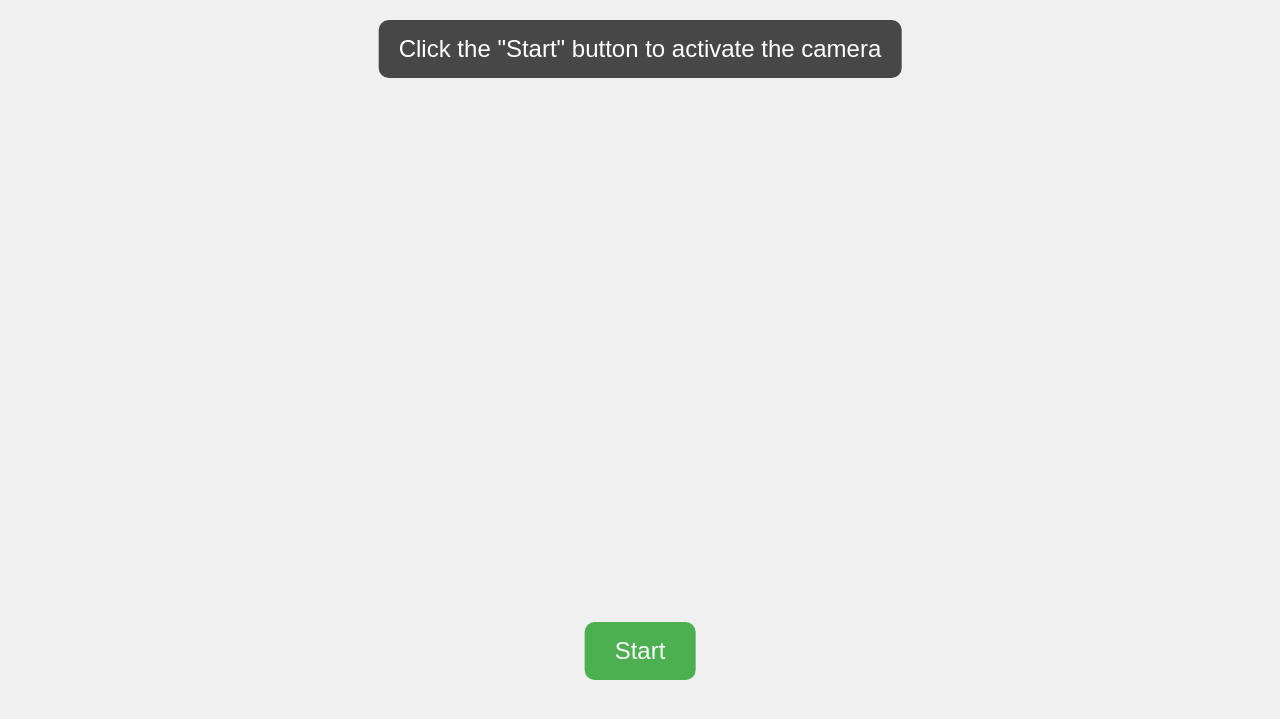
Repository: Jayhawk2000/AR_Game_DCD_Children
Page: challenge/throwing/index.html
The author's editor kept a copy of each file at every save. The page is drawn from the files as they stood at one save, then again after the next save.
The browser window is 1280 px wide. The pictures show the whole page.

Above is the page before, as saved 2024-08-29 15:20:36.

### challenge/throwing/index.html
<!DOCTYPE html>
<html lang="en">
  <head>
    <meta charset="UTF-8" />
    <meta name="viewport" content="width=device-width, initial-scale=1.0" />
    <title>Balance Pose Detector</title>
    <link rel="stylesheet" href="styles.css" />
  </head>
  <body>
    <div id="info">Click the "Start" button to activate the camera</div>
    <button id="startButton">Start</button>
    <video id="video" style="display: none"></video>
    <canvas id="output"></canvas>

    <script
      src="https://cdn.jsdelivr.net/npm/@mediapipe/camera_utils/camera_utils.js"
      crossorigin="anonymous"
    ></script>
    <script
      src="https://cdn.jsdelivr.net/npm/@mediapipe/control_utils/control_utils.js"
      crossorigin="anonymous"
    ></script>
    <script
      src="https://cdn.jsdelivr.net/npm/@mediapipe/drawing_utils/drawing_utils.js"
      crossorigin="anonymous"
    ></script>
    <script
      src="https://cdn.jsdelivr.net/npm/@mediapipe/pose/pose.js"
      crossorigin="anonymous"
    ></script>
    <script src="app.js"></script>
  </body>
</html>

### challenge/throwing/styles.css
body {
  margin: 0;
  padding: 0;
  overflow: hidden;
  font-family: Arial, sans-serif;
  background-color: #f0f0f0;
}

#info {
  position: absolute;
  top: 20px;
  left: 50%;
  transform: translateX(-50%);
  background-color: rgba(0, 0, 0, 0.7);
  color: white;
  padding: 15px 20px;
  border-radius: 10px;
  font-size: 24px;
  text-align: center;
  z-index: 10;
}

#startButton {
  position: absolute;
  bottom: 40px;
  left: 50%;
  transform: translateX(-50%);
  padding: 15px 30px;
  font-size: 24px;
  cursor: pointer;
  background-color: #4caf50;
  color: white;
  border: none;
  border-radius: 10px;
  z-index: 10;
}

#output {
  position: absolute;
  top: 0;
  left: 0;
  width: 100%;
  height: 100%;
}

#detectionZone {
  position: absolute;
  top: 50%;
  left: 50%;
  transform: translate(-50%, -50%);
  width: 60%;
  height: 80%;
  border: 4px dashed rgba(255, 255, 255, 0.8);
  display: none;
  z-index: 5;
}

#overlay {
  position: absolute;
  top: 0;
  left: 0;
  width: 100%;
  height: 100%;
  background-color: rgba(0, 0, 0, 0.5);
  display: none;
  z-index: 4;
}

#overlay::after {
  content: "";
  position: absolute;
  top: 50%;
  left: 50%;
  transform: translate(-50%, -50%);
  width: 60%;
  height: 80%;
  background-color: transparent;
}

### challenge/throwing/app.js
const startButton = document.getElementById("startButton");
const info = document.getElementById("info");
const video = document.getElementById("video");
const canvasElement = document.getElementById("output");
const canvasCtx = canvasElement.getContext("2d");
const detectionZone = document.getElementById("detectionZone");
const overlay = document.getElementById("overlay");

let pose, camera;
let balancePoseDetected = false;
let balancePoseStartTime = 0;
const BALANCE_POSE_DURATION = 3000; // 3 seconds

startButton.addEventListener("click", startProcess);

function startProcess() {
  startButton.style.display = "none";
  info.textContent = "Stand in the detection zone";
  detectionZone.style.display = "block";
  overlay.style.display = "block";

  initCamera().then(() => {
    let countdown = 5;
    const countdownInterval = setInterval(() => {
      info.textContent = `Get ready! Starting in ${countdown} seconds`;
      countdown--;
      if (countdown < 0) {
        clearInterval(countdownInterval);
        startDetection();
      }
    }, 1000);
  });
}

function initCamera() {
  return new Promise((resolve, reject) => {
    camera = new Camera(video, {
      onFrame: async () => {
        await pose.send({ image: video });
      },
      width: 1280,
      height: 720,
    });

    camera
      .start()
      .then(resolve)
      .catch((error) => {
        console.error("Error starting camera:", error);
        info.textContent = "Error starting camera: " + error.message;
        reject(error);
      });
  });
}

function startDetection() {
  info.textContent = "Strike a balance pose";
  detectionZone.style.display = "none";
  overlay.style.display = "none";

  pose = new Pose({
    locateFile: (file) => {
      return `https://cdn.jsdelivr.net/npm/@mediapipe/pose/${file}`;
    },
  });

  pose.setOptions({
    modelComplexity: 1,
    smoothLandmarks: true,
    minDetectionConfidence: 0.5,
    minTrackingConfidence: 0.5,
  });

  pose.onResults(onResults);
}

function onResults(results) {
  canvasCtx.save();
  canvasCtx.clearRect(0, 0, canvasElement.width, canvasElement.height);
  canvasCtx.drawImage(
    results.image,
    0,
    0,
    canvasElement.width,
    canvasElement.height
  );

  if (results.poseLandmarks) {
    drawConnectors(canvasCtx, results.poseLandmarks, POSE_CONNECTIONS, {
      color: "rgba(0, 255, 0, 0.5)",
      lineWidth: 2,
    });
    drawLandmarks(canvasCtx, results.poseLandmarks, {
      color: "rgba(255, 0, 0, 0.8)",
      lineWidth: 1,
      radius: 3,
    });

    checkBalancePose(results.poseLandmarks);
  }

  canvasCtx.restore();
}

function checkBalancePose(landmarks) {
  const leftAnkle = landmarks[27];
  const rightAnkle = landmarks[28];
  const leftWrist = landmarks[15];
  const rightWrist = landmarks[16];

  const oneFootRaised = Math.abs(leftAnkle.y - rightAnkle.y) > 0.1;
  const armsRaised =
    leftWrist.y < 0.6 &&
    rightWrist.y < 0.6 &&
    Math.abs(leftWrist.y - rightWrist.y) < 0.1;

  const currentTime = Date.now();

  if (oneFootRaised && armsRaised) {
    if (!balancePoseDetected) {
      balancePoseDetected = true;
      balancePoseStartTime = currentTime;
      info.textContent = "Balance pose detected! Hold it!";
    } else if (currentTime - balancePoseStartTime >= BALANCE_POSE_DURATION) {
      info.textContent = "Great job! Balance held for 3 seconds.";
      setTimeout(() => {
        info.textContent = "Try again! Strike a balance pose.";
        balancePoseDetected = false;
      }, 2000);
    } else {
      const remainingTime = Math.ceil(
        (BALANCE_POSE_DURATION - (currentTime - balancePoseStartTime)) / 1000
      );
      info.textContent = `Hold for ${remainingTime} more second${
        remainingTime !== 1 ? "s" : ""
      }`;
    }
  } else {
    if (balancePoseDetected) {
      info.textContent = "Balance lost. Try again!";
      balancePoseDetected = false;
    } else {
      info.textContent = "Strike a balance pose";
    }
  }
}

window.addEventListener("load", () => {
  canvasElement.width = window.innerWidth;
  canvasElement.height = window.innerHeight;
});

window.addEventListener("resize", () => {
  canvasElement.width = window.innerWidth;
  canvasElement.height = window.innerHeight;
});

After the next save:
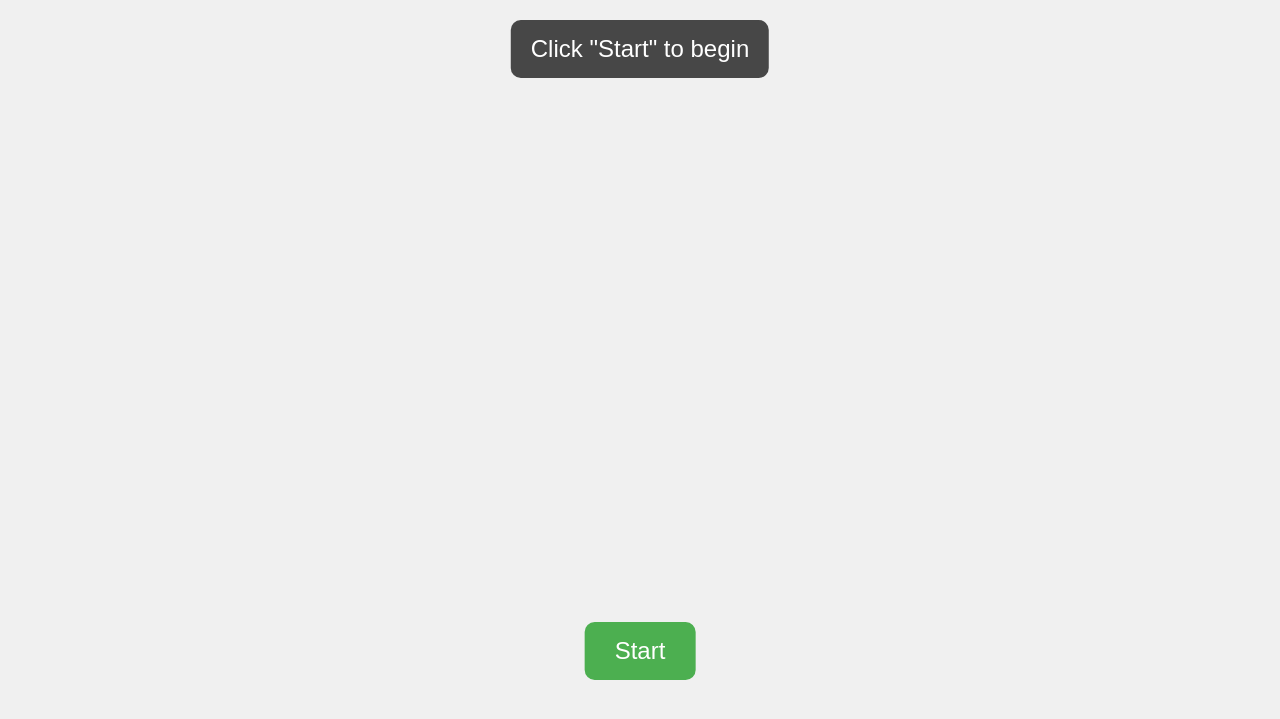
Saved 7 s later.
--- a/challenge/throwing/index.html
+++ b/challenge/throwing/index.html
@@ -7,10 +7,12 @@
     <link rel="stylesheet" href="styles.css" />
   </head>
   <body>
-    <div id="info">Click the "Start" button to activate the camera</div>
+    <div id="info">Click "Start" to begin</div>
     <button id="startButton">Start</button>
     <video id="video" style="display: none"></video>
     <canvas id="output"></canvas>
+    <div id="detectionZone"></div>
+    <div id="overlay"></div>
 
     <script
       src="https://cdn.jsdelivr.net/npm/@mediapipe/camera_utils/camera_utils.js"
